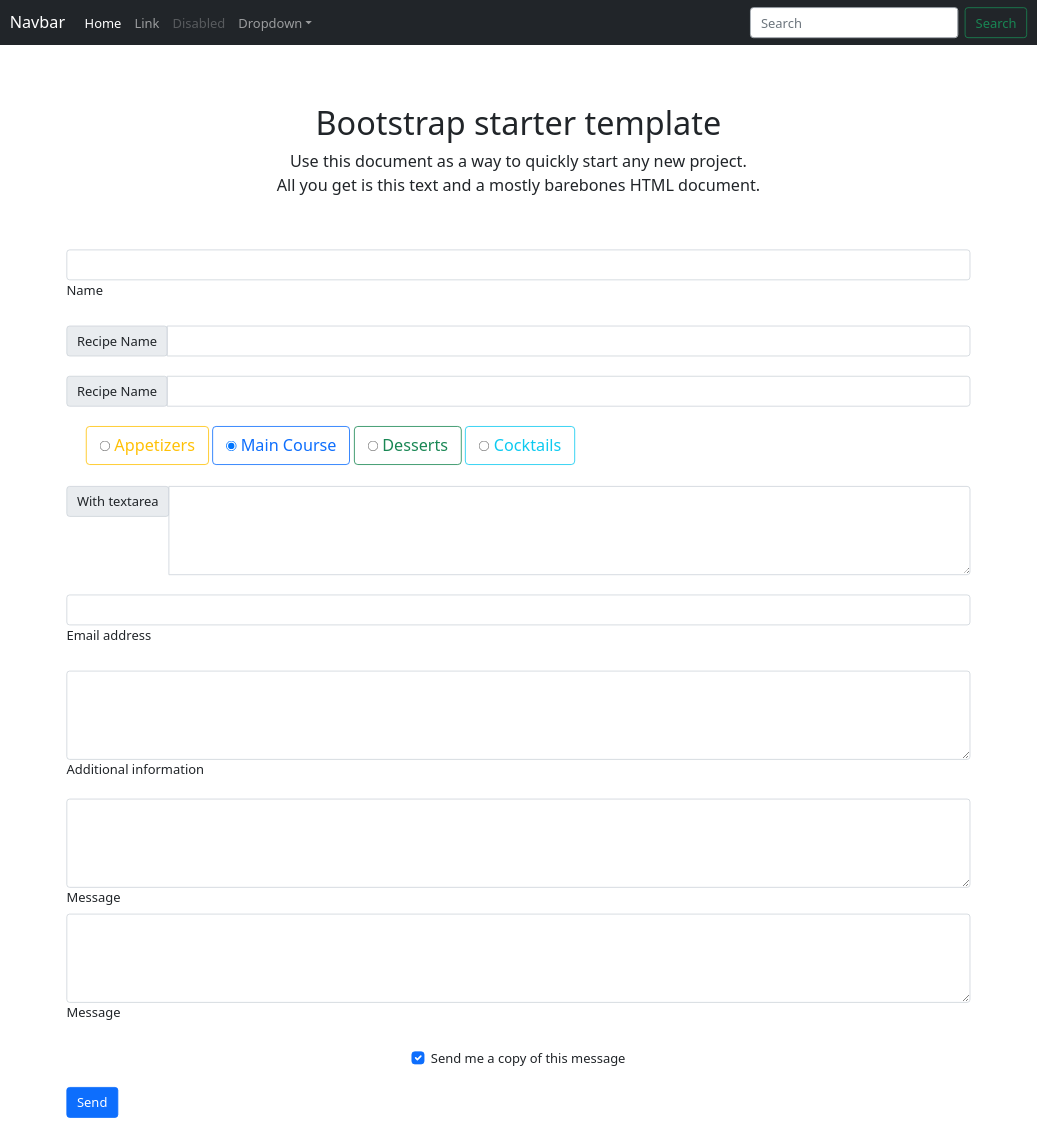
Repository: jerrywthompson/createRecipeWebpageHTML
Page: index.html
An editor plug-in stored every save of this project. The page is shown before and after the next save, followed by the edit.
The browser window is 1280 px wide. The pictures show the whole page, at 81% of full size.

Above is the page before, as saved 2021-02-23 22:01:09.

### index.html
<!doctype html>
<html lang="en">
    <head>
        <meta charset="utf-8">
        <meta name="viewport" content="width=device-width, initial-scale=1">
        <meta name="description" content="">
        <meta name="author" content="Mark Otto, Jacob Thornton, and Bootstrap contributors">
        <meta name="generator" content="Hugo 0.80.0">
        <title>Starter Template · Bootstrap v5.0</title>

        <link rel="canonical" href="https://getbootstrap.com/docs/5.0/examples/starter-template/">



        <!-- Bootstrap core CSS -->
        <link href="../assets/dist/css/bootstrap.min.css" rel="stylesheet">

        <style>
            .bd-placeholder-img {
                font-size: 1.125rem;
                text-anchor: middle;
                -webkit-user-select: none;
                -moz-user-select: none;
                user-select: none;
            }

            @media (min-width: 768px) {
                .bd-placeholder-img-lg {
                    font-size: 3.5rem;
                }
            }
        </style>


        <!-- Custom styles for this template -->
        <link href="starter-template.css" rel="stylesheet">
    </head>
    <body>

        <nav class="navbar navbar-expand-md navbar-dark bg-dark fixed-top">
            <div class="container-fluid">
                <a class="navbar-brand" href="#">Navbar</a>
                <button class="navbar-toggler" type="button" data-bs-toggle="collapse" data-bs-target="#navbarsExampleDefault" aria-controls="navbarsExampleDefault" aria-expanded="false" aria-label="Toggle navigation">
                    <span class="navbar-toggler-icon"></span>
                </button>

                <div class="collapse navbar-collapse" id="navbarsExampleDefault">
                    <ul class="navbar-nav me-auto mb-2 mb-md-0">
                        <li class="nav-item">
                            <a class="nav-link active" aria-current="page" href="#">Home</a>
                        </li>
                        <li class="nav-item">
                            <a class="nav-link" href="#">Link</a>
                        </li>
                        <li class="nav-item">
                            <a class="nav-link disabled" href="#" tabindex="-1" aria-disabled="true">Disabled</a>
                        </li>
                        <li class="nav-item dropdown">
                            <a class="nav-link dropdown-toggle" href="#" id="dropdown01" data-bs-toggle="dropdown" aria-expanded="false">Dropdown</a>
                            <ul class="dropdown-menu" aria-labelledby="dropdown01">
                                <li><a class="dropdown-item" href="#">Action</a></li>
                                <li><a class="dropdown-item" href="#">Another action</a></li>
                                <li><a class="dropdown-item" href="#">Something else here</a></li>
                            </ul>
                        </li>
                    </ul>
                    <form class="d-flex">
                        <input class="form-control me-2" type="search" placeholder="Search" aria-label="Search">
                        <button class="btn btn-outline-success" type="submit">Search</button>
                    </form>
                </div>
            </div>
        </nav>



        <div class="starter-template text-center py-5 px-3">
            <h1>Bootstrap starter template</h1>
            <p class="lead">Use this document as a way to quickly start any new project.<br> All you get is this text and a mostly barebones HTML document.</p>
        </div>
        <main class="container">
            <div class="input-section">
                <fieldset class="form-group">

                    <form action="test.php" method="post">
                        <!-- Name input -->
                        <div class="form-outline mb-4">
                            <input type="text" name="recipeName" id="form4Example1" class="form-control" />
                            <label class="form-label" for="form4Example1">Name</label>
                        </div>

                        <div class="input-group mb-4">
                            <div class="input-group-prepend">
                                <span class="input-group-text" id="inputGroup-sizing-default">Recipe Name</span>
                            </div>
                            <input type="text" name="notes" class="form-control" aria-label="Default" aria-describedby="inputGroup-sizing-default">
                        </div>

                        <div class="input-group mb-4">
                            <div class="input-group-prepend">
                                <span class="input-group-text" id="inputGroup-sizing-default">Recipe Name</span>
                            </div>
                            <input type="text" name="notes" class="form-control" aria-label="Default" aria-describedby="inputGroup-sizing-default">
                        </div>

                        <div class="input-group mb-4">
                            <div class="form-check">
                                <label class="btn btn-outline-warning btn-lg">
                                    <input type="radio" name="recipeType" id="appetizers" value="appetizers" autocomplete="off" > Appetizers
                                </label>
                                <label class="btn btn-outline-primary btn-lg">
                                    <input type="radio" name="recipeType" id="main_course" value="main_course" autocomplete="off" checked> Main Course
                                </label>
                                <label class="btn btn-outline-success btn-lg">
                                    <input type="radio" name="recipeType" id="desserts" value="desserts" autocomplete="off"> Desserts
                                </label>
                                <label class="btn btn-outline-info btn-lg">
                                    <input type="radio" name="recipeType" id="cocktails" value="cocktails" autocomplete="off"> Cocktails
                                </label>
                            </div>
                        </div>

                        <div class="input-group mb-4">
                            <div class="input-group-prepend">
                                <span class="input-group-text">With textarea</span>
                            </div>
                            <textarea class="form-control" name="comments" id="form4Example3" rows="4"></textarea>
                        </div>
                        <!-- Email input -->
                        <div class="form-outline mb-4">
                            <input type="email" id="form4Example2" class="form-control" />
                            <label class="form-label" for="form4Example2">Email address</label>
                        </div>

                        <div class="form-outline mb-4">
                            <textarea class="form-control" id="form6Example7" rows="4"></textarea>
                            <label class="form-label-prepend" >Additional information</label>
                        </div>

                        <div class="form-outline">
                            <textarea class="form-control" id="textAreaExample" rows="4"></textarea>
                            <label class="form-label" for="textAreaExample">Message</label>
                          </div>

                        <!-- Message input -->
                        <div class="form-outline mb-4">
                            <textarea class="form-control" name="comments" id="form4Example3" rows="4"></textarea>
                            <label class="form-label" for="form4Example3">Message</label>
                        </div>

                        <!-- Checkbox -->
                        <div class="form-check d-flex justify-content-center mb-4">
                            <input
                                class="form-check-input me-2"
                                type="checkbox"
                                value=""
                                id="form4Example4"
                                checked
                                />
                            <label class="form-check-label" for="form4Example4">
                                Send me a copy of this message
                            </label>
                        </div>

                        <!-- Submit button -->
                        <button type="submit" class="btn btn-primary btn-block mb-4">Send</button>
                    </form>






                    <script src="../assets/dist/js/bootstrap.bundle.min.js"></script>


                    </body>
                    </html>
                    <a href="../flask_db4/flaskblog/templates/create_post.html"></a>

Loaded but not shown: assets/dist/css/bootstrap.min.css (library); starter-template.css (common file); assets/dist/js/bootstrap.bundle.min.js (library)

After the next save:
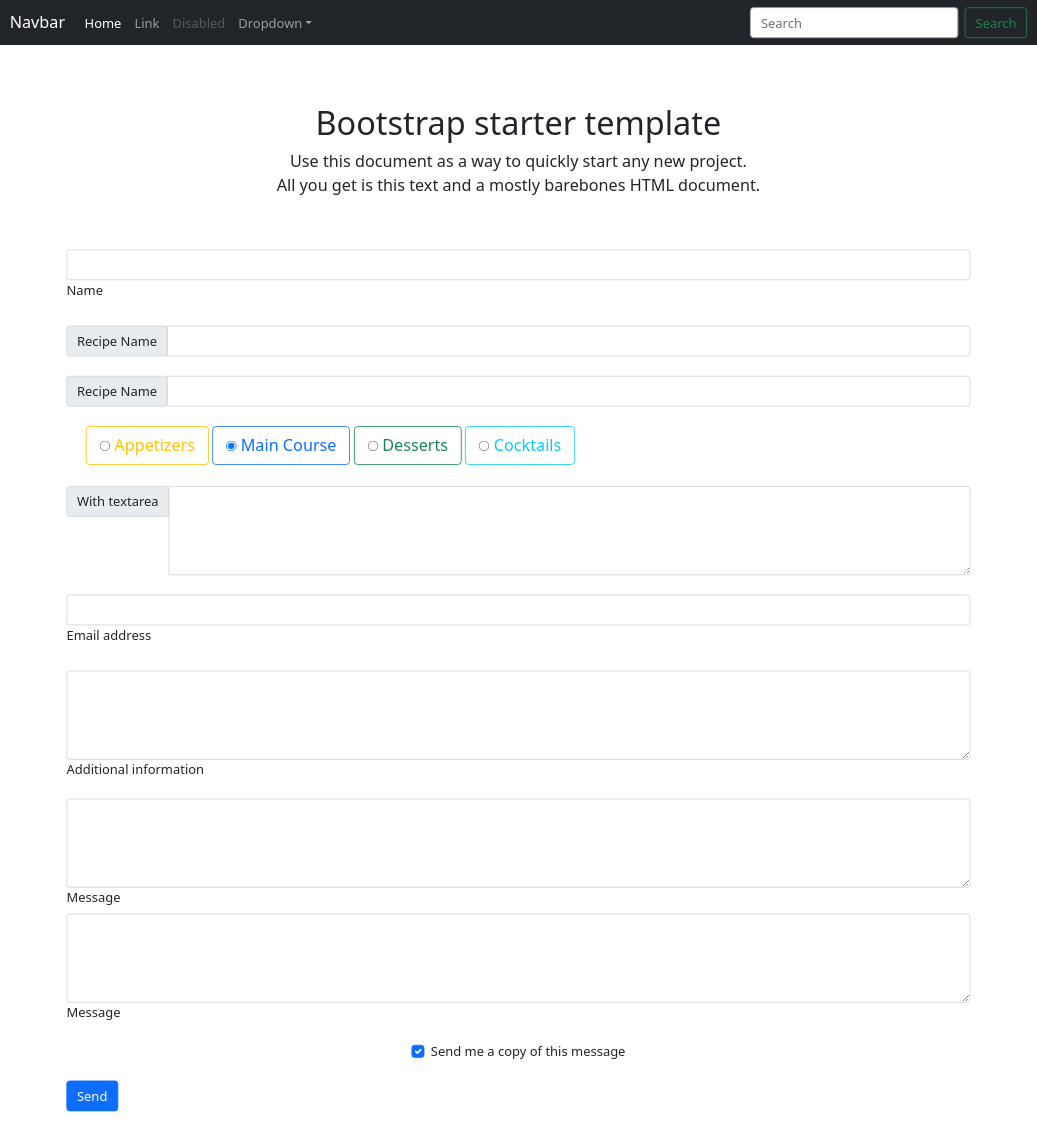
Saved 109 s later.
--- a/index.html
+++ b/index.html
@@ -145,7 +145,7 @@
                         <!-- Message input -->
                         <div class="form-outline mb-4">
                             <textarea class="form-control" name="comments" id="form4Example3" rows="4"></textarea>
-                            <label class="form-label" for="form4Example3">Message</label>
+                            <label class="form-label-prepend" for="form4Example3">Message</label>
                         </div>
 
                         <!-- Checkbox -->
